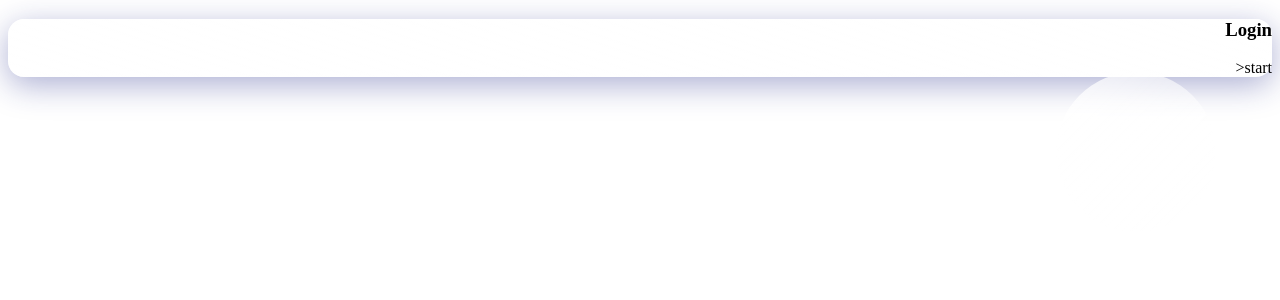
Repository: umarrg/isatmis
Page: /
These files come from the project's save history. The page is drawn as it stood at one moment and after a run of saves; the edit follows.
The browser window is 1280 px wide. The pictures show the whole page.
The project was rebuilt for these pictures with package versions that can differ from the ones it lists, and the page was loaded fresh each time. Also part of the build but not shown: vue.config.js, src/views/Home.vue. Imported but missing from the stored project, and not drawn on this page: src/plugins/vuetify, src/views/about.vue, src/views/setting.vue.

Above is the page before, as saved 2021-01-26 12:05:49.

### public/index.html
<!DOCTYPE html>
<html lang="en">
  <head>
    <meta charset="utf-8">
    <meta http-equiv="X-UA-Compatible" content="IE=edge">
    <meta name="viewport" content="width=device-width,initial-scale=1.0">
    <link rel="icon" href="<%= BASE_URL %>favicon.ico">
    <title><%= htmlWebpackPlugin.options.title %></title>
    <link rel="stylesheet" href="https://fonts.googleapis.com/css?family=Roboto:100,300,400,500,700,900">
    <link rel="stylesheet" href="https://cdn.jsdelivr.net/npm/@mdi/font@latest/css/materialdesignicons.min.css">

  </head>
  <body>
    <noscript>
      <strong>We're sorry but <%= htmlWebpackPlugin.options.title %> doesn't work properly without JavaScript enabled. Please enable it to continue.</strong>
    </noscript>
    <div id="app"></div>
    <!-- built files will be auto injected -->
  </body>
</html>

### src/main.js
import Vue from 'vue'
import App from './App.vue'
import router from './router'
import vuetify from './plugins/vuetify';

Vue.config.productionTip = false,


new Vue({
  router,
  vuetify,
  render: h => h(App)
}).$mount('#app')

### src/App.vue
<template>
  <v-app>
    <navbar v-if="$route.meta.showHeader == true"/>
    <v-main>
      <router-view></router-view>
    </v-main>
  </v-app>
</template>

<script>
import navbar from '../src/components/Navbar'
export default {
  name: 'App',

  components: {
   navbar
  },

  data: () => ({
    //
  }),
};
</script>

### src/router/index.js
import Vue from 'vue'
import VueRouter from 'vue-router'
import Home from '../views/Home.vue'

Vue.use(VueRouter)

const routes = [
  {
    path: '/home',
    name: 'Home',
    component: Home,
    meta: {
      showHeader: true,
    },
  },
  {
    path: '/map',
    name: 'Map',

    meta: {
      showHeader: true,
    },
    // route level code-splitting
    // this generates a separate chunk (about.[hash].js) for this route
    // which is lazy-loaded when the route is visited.
    component: () => import(/* webpackChunkName: "about" */ '../views/map.vue')
  },
  {
    path: '/',
    name: 'Signin',

    meta: {
      showHeader: false,
    },
    // route level code-splitting
    // this generates a separate chunk (about.[hash].js) for this route
    // which is lazy-loaded when the route is visited.
    component: () => import(/* webpackChunkName: "about" */ '../views/signin.vue')
  },

  {
    path: '/about',
    name: 'About',

    meta: {
      showHeader: true,
    },
    // route level code-splitting
    // this generates a separate chunk (about.[hash].js) for this route
    // which is lazy-loaded when the route is visited.
    component: () => import(/* webpackChunkName: "about" */ '../views/about.vue')
  },


  {
    path: '/payment',
    name: 'Payment',

    meta: {
      showHeader: true,
    },
    // route level code-splitting
    // this generates a separate chunk (about.[hash].js) for this route
    // which is lazy-loaded when the route is visited.
    component: () => import(/* webpackChunkName: "about" */ '../views/payment.vue')
  },
  {
    path: '/setting',
    name: 'Setting',

    meta: {
      showHeader: true,
    },
    // route level code-splitting
    // this generates a separate chunk (about.[hash].js) for this route
    // which is lazy-loaded when the route is visited.
    component: () => import(/* webpackChunkName: "about" */ '../views/setting.vue')
  },


]

const router = new VueRouter({
  mode: 'history',
  base: process.env.BASE_URL,
  routes
})

export default router

### src/components/Navbar.vue
<template>
  <nav>
    <!-- <v-app-bar app flat color="white">
      <v-app-bar-nav-icon
        tile
        dark
        small
        @click="drawer = !drawer"
        class="black--text "
      ></v-app-bar-nav-icon>
      <v-spacer></v-spacer>
      <div>
        <v-menu offset-y>
          <template v-slot:activator="{ on, attrs }">
            <v-btn icon small class="mr-2" v-on="on" v-bind="attrs">
              <v-icon color="black">mdi-cog-outline</v-icon>
            </v-btn>
          </template>
        </v-menu>

        <v-btn to="/profile" v-rounded icon>
          <v-list-item-avatar color="black" class="ml-4">
            <v-img
              src="../assets/bi.png"
              size="30"
            ></v-img>
          </v-list-item-avatar>
        </v-btn> background: linear-gradient(
    to right bottom,
    rgba(255, 255, 255, 0.8),
    rgba(255, 255, 255, 0.3)
  );
      </div>
    </v-app-bar> -->
    <v-navigation-drawer
      v-model="drawer"
      app
      overlay-opacity=""
      fixed
      clipped
      style="
  background: linear-gradient(
    to right bottom,
    rgba(255, 255, 255, 0.8),
    rgba(255, 255, 255, 0.3)
  );
       box-shadow: 0 8px 32px 0 rgba(31, 38, 135, 0.37);
        backdrop-filter: blur(16px);
        -webkit-backdrop-filter: blur(16px);"
    >
      <v-layout column align-center>
        <v-flex class="mt-7 mb-8">
          <span class="text-h4 white--text font-weight-light">
            <span class="blue--text font-weight-black">I</span>
            <span class="blue--text font-weight-black">S</span>
            <span class="blue--text font-weight-black">A</span>
            <span class="blue--text font-weight-black">T</span>
            <span class="blue--text font-weight-black">M</span>
            <span class="blue--text font-weight-black">I</span>
            <span class="blue--text font-weight-black">S</span>
          </span>
        </v-flex>
      </v-layout>

      <v-list dense nav>
        <v-list-item
          class=""
          active-class=" blue--text border"
          v-for="link in links"
          :key="link.icon"
          :to="link.route"
        >
          <v-list-item-action>
            <v-icon>{{ link.icon }}</v-icon>
          </v-list-item-action>
          <v-list-item-content>
            <v-list-item-title class="font-weight-light">{{
              link.text
            }}</v-list-item-title>
          </v-list-item-content>
        </v-list-item>
      </v-list>
    </v-navigation-drawer>
  </nav>
</template>

<script>
export default {
  data: () => ({
    drawer: true,
    links: [
      { icon: "mdi-view-dashboard", text: "Dashboard", route: "/home" },
      { icon: "mdi-map", text: "Map", route: "/map" },
      {
        icon: "mdi-cog-outline",
        text: "Setting",
        route: "/setting",
      },

      { icon: "mdi-credit-card-outline", text: "Payment", route: "/payment" },
      { icon: "mdi-clock", text: "About", route: "/about" },
    ],

    offset: true,
  }),
};
</script>

<style>
.border {
  border-bottom: 4px solid #00b0f0;
}
.custom__card {
  color: linear-gradient(to right top, #65dfc9, #6cdbeb);
}
</style>

### src/views/signin.vue
<template>
  <v-app class="">
    <v-main class="custom__bg">
      <v-container fill-height>
        <v-col>
          <v-row justify="end" align="end">
            <v-col cols="4">
              <div>
                <div class="custom__card">
                  <v-card-text>
                    <div>
                      <v-row>
                        <v-col cols="5">
                          <v-divider class="mt-4"></v-divider
                        ></v-col>
                        <v-col cols="2"> <h3>Login</h3> </v-col>
                        <v-col cols="5">
                          <v-divider class="mt-4"></v-divider
                        ></v-col>
                      </v-row>
                    </div>
                    <v-col cols="12" class="px-0 py-1">
                      <v-text-field solo disabled label="Email">></v-text-field>
                    </v-col>
                    <v-col cols="12" class="px-0 py-1">
                      <v-text-field
                        solo
                        label="Passsword"
                        disabled
                      ></v-text-field>
                    </v-col>
                    <v-btn block to="/home" color="">start</v-btn>
                  </v-card-text>
                </div>
              </div>
            </v-col>
          </v-row>

          <!-- <div class="circle3"></div>
          <div class="circle4"></div> -->
        </v-col>
      </v-container>

    </v-main>
     <div class="circle1"></div>
      <div class="circle2"></div>
  </v-app>
</template>

<script>
export default {};
</script>

<style scoped>
.custom__bg {
  background: linear-gradient(to right top, #65dfc9, #6cdbeb);
}
.custom__card {
  background: white;
  background: linear-gradient(
    to right bottom,
    rgba(255, 255, 255, 0.7),
    rgba(255, 255, 255, 0.3)
  );
   box-shadow: 0 8px 32px 0 rgba(31, 38, 135, 0.37);

  backdrop-filter: blur(1rem);
  border-radius: 1rem;
}

.circle1,
.circle2 {
  background: white;
  background: linear-gradient(
    to right bottom,
    rgba(255, 255, 255, 0.8),
    rgba(255, 255, 255, 0.3)
  );
  height: 10rem;
  width: 10rem;
  position: absolute;
  border-radius: 50%;
}

.circle1 {
  top: 10%;
  right: 5%;
}
.circle2 {
  bottom: 15%;
  left: 60%;
}

.circle3,
.circle4 {
  background: white;
  background: linear-gradient(
    to right bottom,
    rgba(255, 255, 255, 0.8),
    rgba(255, 255, 255, 0.3)
  );
  height: 10rem;
  width: 10rem;

  border-radius: 50%;
}

.circle3 {
  top: 10%;
  right: 10%;
}
.circle4 {
  bottom: 15%;
  left: 20%;
}
</style>

After the next 3 saves:
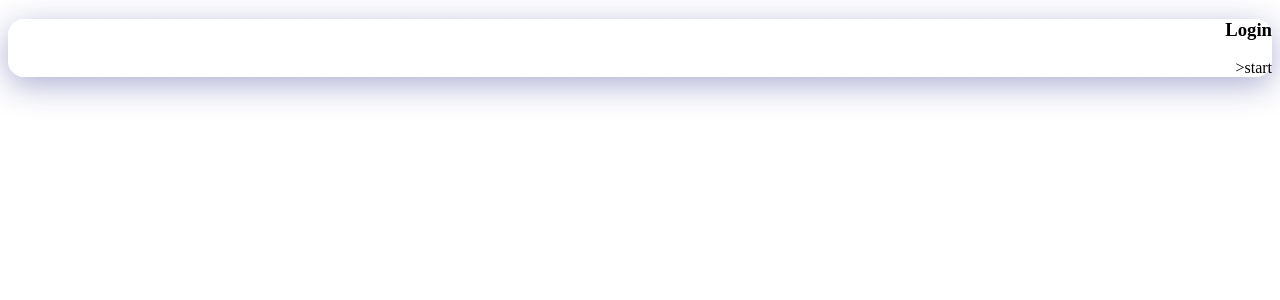
The 3 saves are shown as one change because they came seconds apart.
The last was saved 23 s later.
--- a/src/views/signin.vue
+++ b/src/views/signin.vue
@@ -83,7 +83,7 @@ export default {};
 }
 
 .circle1 {
-  top: 10%;
+  top: 20%;
   right: 5%;
 }
 .circle2 {
